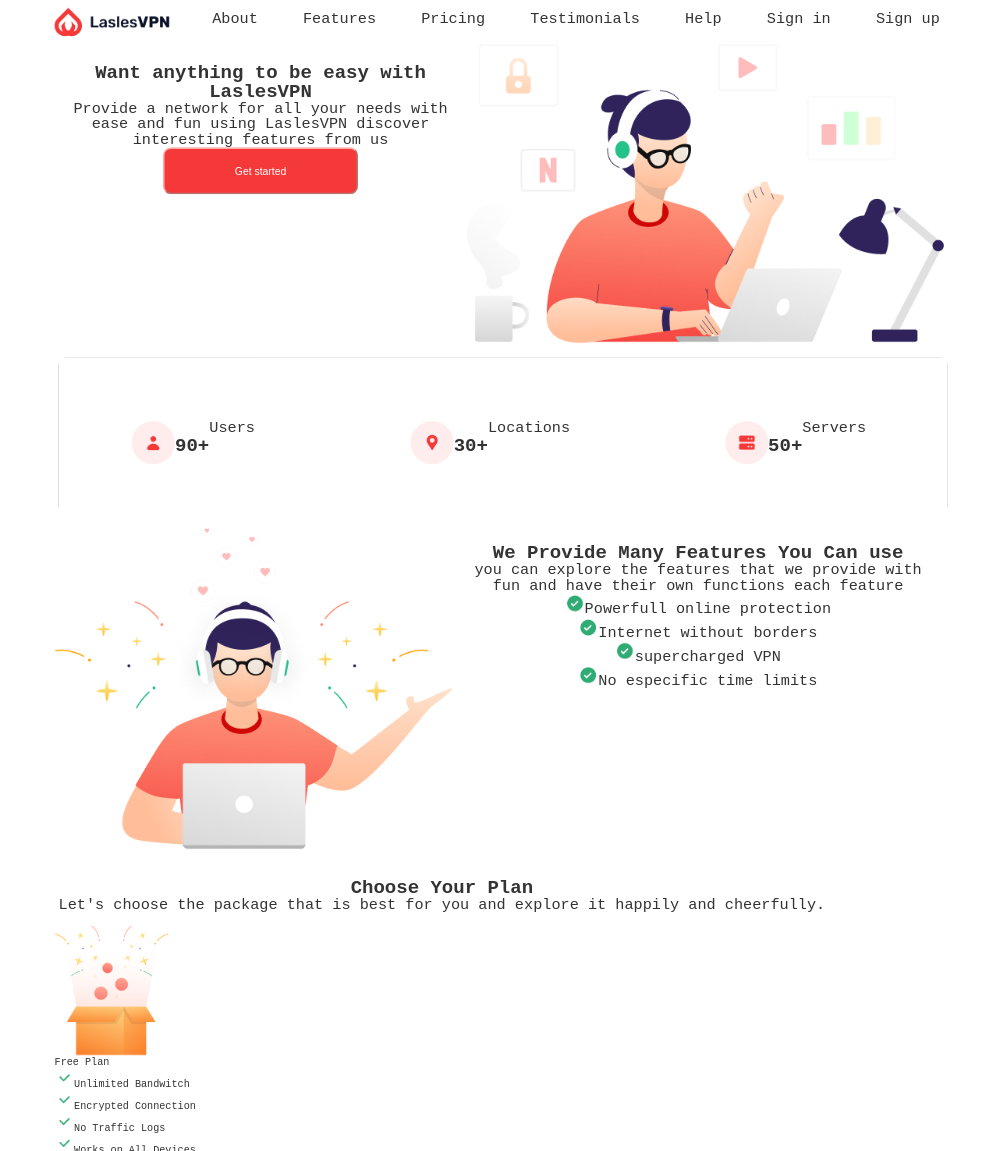
Repository: RaphaelMatheus-br/LP-251123
Page: index.html
These files come from the project's save history. The page is drawn as it stood at one moment and after the next save; the edit follows.
The browser window is 1280 px wide. The pictures show the whole page, at 78% of full size.

Above is the page before, as saved 2023-11-25 14:22:31.

### index.html
<!DOCTYPE html>
<html lang="en">

<head>
    <meta charset="UTF-8">
    <meta name="viewport" content="width=device-width, initial-scale=1.0">
    <title>Document</title>
    <link rel="stylesheet" href="style.css">
</head>

<body>

<section class="container flex">
    <img src="./imagens/Logo.png" alt="logo">
	<div class="item">About</div>
	<div class="item">Features</div>
	<div class="item">Pricing</div>
	<div class="item">Testimonials</div>
	<div class="item">Help</div>
	<div class="item">Sign in</div>
    <div class="item">Sign up</div>
</section>

<section class="container flex">
    <div class="item">
        <h1 class="sobre__titulo">Want anything to be easy with LaslesVPN</h1>
        <p class="sobre__descricao">Provide a network for all your needs with ease and fun using LaslesVPN discover interesting features from us</p>
        <button class="sobre__botao">Get started</button>
    </div>
    <div class="img">
        <img src="./imagens/Illustration 1.png" alt="ilutracao__1">
    </div>
</section>

<section class="container">
    <div class="item">
        <div class="rectangle">
            <div class="icons">
                <div class="user">
                    <img src="./imagens/user.png" alt="user__img">
                    <h1 class="sobre__user">90+</h1>
                    <p class="p__user">Users</p>
                </div>
                <div class="location">
                    <img src="./imagens/location.png" alt="location">
                    <h1 class="sobre__location">30+</h1>
                    <p class="p__location">Locations</p>
                </div>
                <div class="server">
                    <img src="./imagens/Server.png" alt="server">
                    <h1 class="sobre__server">50+</h1>
                    <p class="p__server">Servers</p>
                </div>
            </div>
        </div>
    </div>
</section>

<section class="container flex">
    <div class="img">
        <img src="./imagens/Illustration 2.png" alt="ilutracao__2">
    </div>

    <div class="item">
        <h1 class="sobre__titulo">We Provide Many Features You Can use</h1>
        <p class="sobre__descricao">you can explore the features that we provide with fun and have their own functions each feature</p>
        <ul class="list">
            <li><img src="./imagens/check.png" alt="check">Powerfull online protection</img></li>
            <li><img src="./imagens/check.png" alt="check">Internet without borders</img></li>
            <li><img src="./imagens/check.png" alt="check">supercharged VPN</img></li>
            <li><img src="./imagens/check.png" alt="check">No especific time limits</img></li>
        </ul>
    </div>
</section>

<section class="container flex" class="sessao__tres">
    <div class="item">
        <div class="choose__plan">
            <h1>Choose Your Plan</h1>
            <p>Let's choose the package that is best for you and explore it happily and cheerfully.</p>
        </div>
    </div>
</section>

<section class="container flex">
    <div class="free plan">
        <img src="./imagens/Free.png" alt="free">
        <h3>Free Plan</h3>
        <ul>
            <li><img src="./imagens/jam_check.png">Unlimited Bandwitch</li>
            <li><img src="./imagens/jam_check.png">Encrypted Connection</li>
            <li><img src="./imagens/jam_check.png">No Traffic Logs</li>
            <li><img src="./imagens/jam_check.png">Works on All Devices</li>
        </ul>
    </div>
</section>

</body>
</html>

### style.css
html, body, div, span, applet, object, iframe,
h1, h2, h3, h4, h5, h6, p, blockquote, pre,
a, abbr, acronym, address, big, cite, code,
del, dfn, em, img, ins, kbd, q, s, samp,
small, strike, strong, sub, sup, tt, var,
b, u, i, center,
dl, dt, dd, ol, ul, li,
fieldset, form, label, legend,
table, caption, tbody, tfoot, thead, tr, th, td,
article, aside, canvas, details, embed,
figure, figcaption, footer, header, hgroup,
menu, nav, output, ruby, section, summary,
time, mark, audio, video {
	margin: 0;
	padding: 0;
	border: 0;
	font-size: 100%;
	font: inherit;
	vertical-align: baseline;
    background: white;
}
/* HTML5 display-role reset for older browsers */
article, aside, details, figcaption, figure,
footer, header, hgroup, menu, nav, section {
	display: block;
}
body {
	line-height: 1;
}

ol, ul {
	list-style: none;
}
blockquote, q {
	quotes: none;
}
blockquote:before, blockquote:after,
q:before, q:after {
	content: '';
	content: none;
}
table {
	border-collapse: collapse;
	border-spacing: 0;
}

.container {
    max-width: 1140px;
    margin: 0 auto;
    position: relative;
    padding-top: 10px;
    display: flex;
    justify-content: space-between;
    flex: 1;
}

/* Flex Item */
.item {
	margin: 5px;
	text-align: center;
	font-size: 1.5em;
}

h1 {
	text-align: center;
	margin: 20px 0 0 0;
	font-size: 1.25em;
	font-weight: 700;
}

body {
	font-family: monospace;
	color: #333;
}

.row {
	display: flex;
}
.sobre__titulo {
    font-weight: 700;
}

.sobre__descricao {
font-weight: 300;
}

.sobre__botao {
width: 250px;
height: 60px;
flex-shrink: 0;
border-radius: 10px;
border-color: rgba(255, 193, 193, 0.842);
background: #F53838;
color: white;
}

.rectangle {
display: flex;
width: 1140px;
height: 200px;
flex-shrink: 0;
border-radius: 10px;
background: gray;
border-color: white;
justify-content: space-between;
}

.icons {
width: 100%;
height: 100%;
flex-shrink: 0;
display: flex;
align-items: center;
position: absolute;
max-width: 100%;
justify-content: space-around;
background-color: none;
}

.user {
display: flex;;
margin-right: 20px;
margin-left: 10px;
}

.location {
display: flex;;
margin-right: 20px;
margin-left: 10px;
}

.server {
display: flex;;
margin-right: 20px;
margin-left: 10px;
}

.item__dois {
    flex-direction: row-reverse;
}

.sessao__tres{
    background-color: grey;
    align-content: center;
    padding-top: 50px;
}

After the next save:
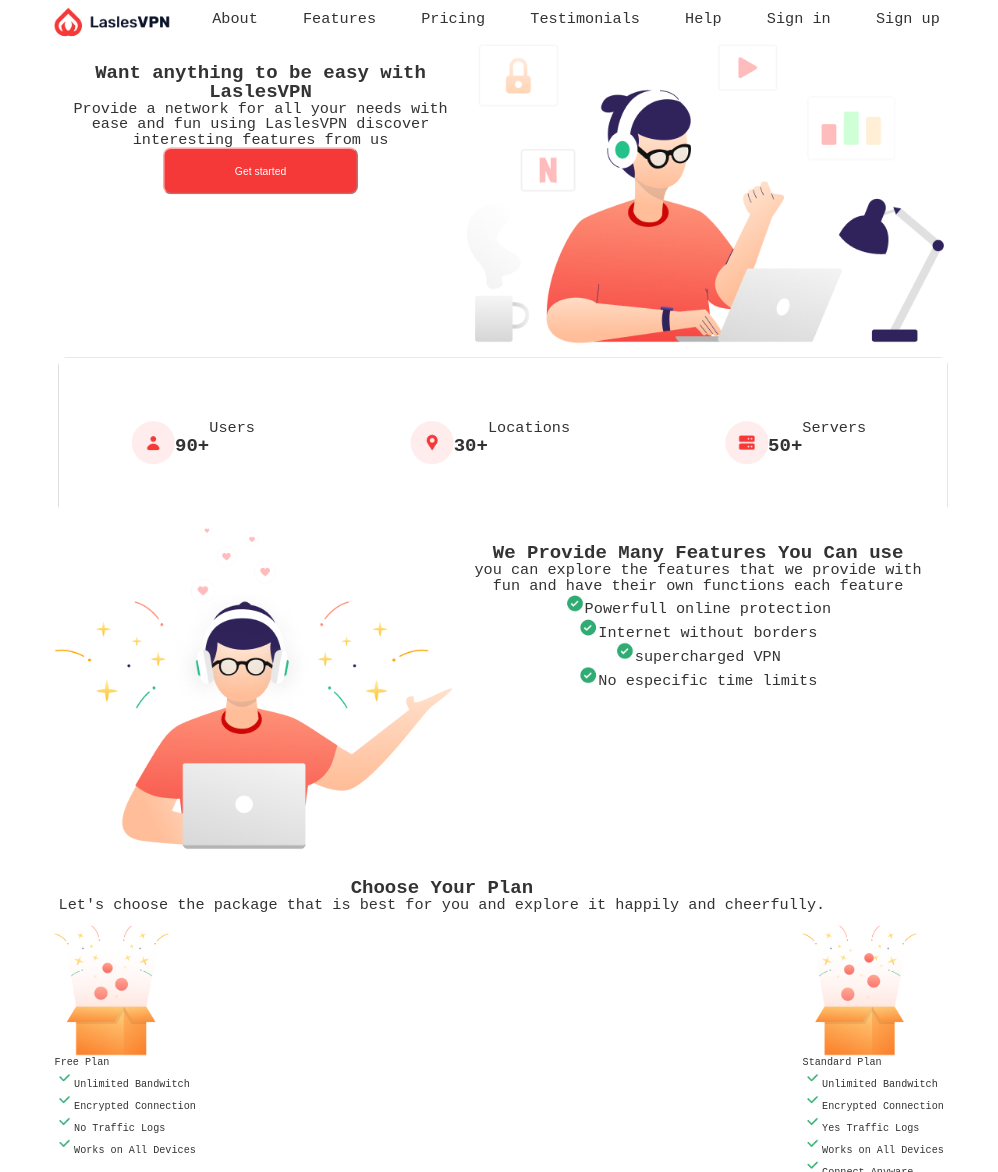
Saved 90 s later.
--- a/index.html
+++ b/index.html
@@ -83,6 +83,7 @@
 </section>
 
 <section class="container flex">
+
     <div class="free plan">
         <img src="./imagens/Free.png" alt="free">
         <h3>Free Plan</h3>
@@ -93,6 +94,18 @@
             <li><img src="./imagens/jam_check.png">Works on All Devices</li>
         </ul>
     </div>
+
+    <div class="Standard plan">
+        <img src="./imagens/Standard.png" alt="standard">
+        <h3>Standard Plan</h3>
+        <ul>
+            <li><img src="./imagens/jam_check.png">Unlimited Bandwitch</li>
+            <li><img src="./imagens/jam_check.png">Encrypted Connection</li>
+            <li><img src="./imagens/jam_check.png">Yes Traffic Logs</li>
+            <li><img src="./imagens/jam_check.png">Works on All Devices</li>
+            <li><img src="./imagens/jam_check.png">Connect Anyware</li>
+        </ul>
+    </div>
 </section>
 
 </body>
